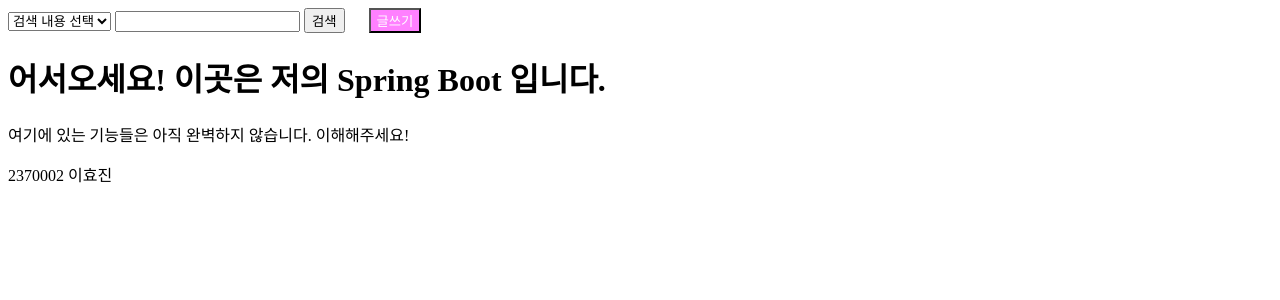
Repository: SingleElse/MyWeb
Page: http://localhost/board/list
The author's editor kept a copy of each file at every save. The page is drawn from the files as they stood at one save, then again after the next save.
The browser window is 1280 px wide. The pictures show the whole page.
The page is this project's Thymeleaf template; nobody is signed in. The template is opened directly, without the code that normally fills it, so the values that code supplies are empty.

Above is the page before, as saved 2023-06-06 09:58:15.

### leehyojin/src/main/resources/templates/board/list.html
<div class="section list">
    <table>
        <th:block th:if="${items}">
            <colgroup>
                <col style="width: 5%"/>
                <col style="width: 50%"/>
                <col style="width: 10%"/>
                <col style="width: 15%"/>
                <col style="width: 15%"/>
            </colgroup>
            <thead>
                <tr>
                    <th>번호</th>
                    <th>제목</th>
                    <th>아이디</th>
                    <th>등록일</th>
                    <th>수정일</th>
                </tr>
            </thead>

            <tbody>

                <tr th:each="item : ${items}">
                    <td th:text="${item.bdSeq}"></td>
                    <td><a th:text="${item.bdTitle}" th:href="@{/detail(bdSeq = ${item.bdSeq})}"></a></td>
                    <td th:text="${item.mbId}"></td>
                    <td th:text="${item.bdCreateAt}"></td>
                    <td th:text="${item.bdUpdateAt}"></td>
                </tr>
            </th:block>

        </tbody>
    </table>

    <th:block th:if="${detail}">   <!-- ? -->
        <h1 style="padding: 30px 0;" th:text="${detail.bdTitle}"></h1>

        <div style="text-align: right;">
            <span style="color: rgb(255, 128, 255);">번호 </span> <span th:text="${detail.bdSeq}"></span> <span style="color: rgb(255, 128, 255)"> | </span>
            <span style="color: rgb(255, 128, 255)">글쓴이 </span> <span th:text="${detail.mbId}"></span> <span style="color: rgb(255, 128, 255)"> | </span>
            <span th:text="${detail.bdCreateAt}"></span> <span style="color: rgb(255, 128, 255)"> | </span>
            <span th:text="${detail.bdUpdateAt}"></span>

        </div>

        <div>
            <p style="padding: 30px 0;" th:text="${detail.bdContent}"></p>
            <ul th:if="${files}"  th:each="file : ${files}" style="display: inline-block;margin-bottom: 5px;">
                <li> <img id="imgId" th:src="@{${file.upNewFileName}}" alt="첨부이미지" height="280" /></li>
            </ul>

        </div>

        <div style="padding: 30px 0; text-align: right;">
       		<a th:href="@{/edit(bdSeq = ${detail.bdSeq})}"><button>수정</button></a>
            <a th:href="@{/remove(bdSeq = ${detail.bdSeq})}"><button>삭제</button></a>
            <a th:href="@{bdList}"><button style="background-color: rgb(255, 128, 255); color: rgb(255, 255, 255); margin-left: 20px">목록으로</button></a>
        </div>

    </th:block>
</div>

<div>
	<form name="search-form" autocomplete="off">
		<select name="type">
			<option selected value="">검색 내용 선택</option>
			<option value="bdTitle">제목</option>
			<option value="bdContent">내용</option>
			<option value="mbId">작성자</option>
		</select>
		<input type="text" name="keyword" value=""></input>
		<input type="button" onclick="getSearchList()" value="검색"></input>
		<a href="/bdList"><button style="background-color: rgb(255, 128, 255); color: rgb(255, 255, 255); margin-left: 20px">글쓰기</button></a>
	</form>
</div>

<body>
<!-- Page content-->
        <div class="container">
            <div class="text-center mt-5">
                <h1>어서오세요! 이곳은 저의 Spring Boot 입니다.</h1>
                <p class="lead">여기에 있는 기능들은 아직 완벽하지 않습니다. 이해해주세요!</p>
                <p>2370002 이효진</p>
            </div>
        </div>
</body>

After the next save:
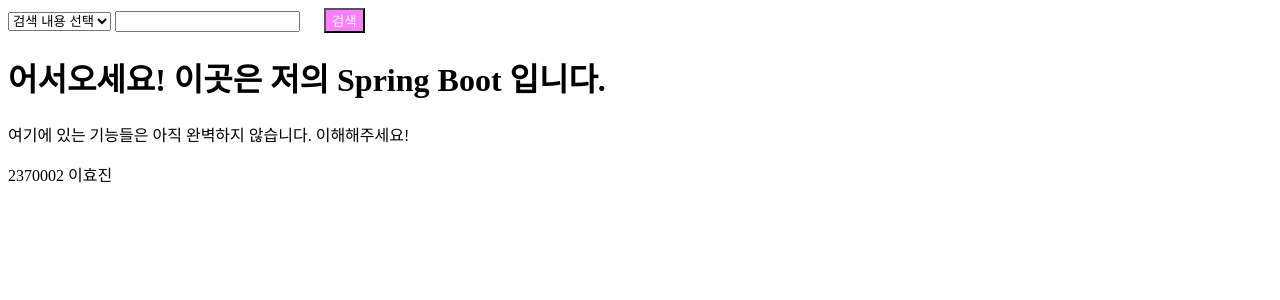
Saved 48 s later.
--- a/leehyojin/src/main/resources/templates/board/list.html
+++ b/leehyojin/src/main/resources/templates/board/list.html
@@ -69,8 +69,7 @@
 			<option value="mbId">작성자</option>
 		</select>
 		<input type="text" name="keyword" value=""></input>
-		<input type="button" onclick="getSearchList()" value="검색"></input>
-		<a href="/bdList"><button style="background-color: rgb(255, 128, 255); color: rgb(255, 255, 255); margin-left: 20px">글쓰기</button></a>
+		<input type="button" onclick="getSearchList()" value="검색" style="background-color: rgb(255, 128, 255); color: rgb(255, 255, 255); margin-left: 20px"></input>
 	</form>
 </div>
 
